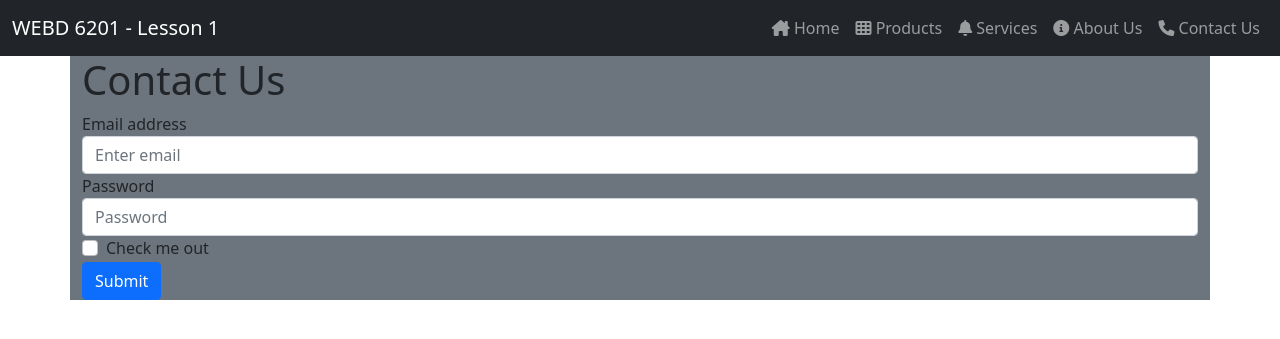
Repository: devanshudave1901/DevanshuDave_AngaranYogeswaranLab2
Page: contact.html
An editor plug-in stored every save of this project. The page is shown before and after the next save, followed by the edit.
The browser window is 1280 px wide. The pictures show the whole page.

Above is the page before, as saved 2022-02-10 12:02:39.

### contact.html
<!DOCTYPE html>
<html lang="en">
  <head>
    <meta charset="UTF-8" />
    <meta http-equiv="X-UA-Compatible" content="IE=edge" />
    <meta name="viewport" content="width=device-width, initial-scale=1.0" />
    <title>Contact Us</title>
    <link
      rel="stylesheet"
      href="./node_modules/bootstrap/dist/css/bootstrap.min.css"
    />
    <link
      rel="stylesheet"
      href="./node_modules/@fortawesome/fontawesome-free/css/all.min.css"
    />
    <link rel="stylesheet" href="./Content/app.css" />
  </head>
  <body>
    <nav class="navbar navbar-expand-lg navbar-dark bg-dark">
      <div class="container-fluid">
        <a class="navbar-brand" href="#">WEBD 6201 - Lesson 1</a>
        <button
          class="navbar-toggler"
          type="button"
          data-bs-toggle="collapse"
          data-bs-target="#navbarSupportedContent"
          aria-controls="navbarSupportedContent"
          aria-expanded="false"
          aria-label="Toggle navigation"
        >
          <span class="navbar-toggler-icon"></span>
        </button>
        <div class="collapse navbar-collapse" id="navbarSupportedContent">
          <ul class="navbar-nav ms-auto">
            <li class="nav-item active">
              <a class="nav-link" aria-current="page" href="./index.html"
                ><i class="fa-solid fa-house-chimney"></i> Home</a
              >
            </li>

            <li class="nav-item">
              <a class="nav-link" href="./products.html"
                ><i class="fa-solid fa-th"></i> Products</a
              >
            </li>
            <li class="nav-item">
              <a class="nav-link" href="./services.html"
                ><i class="fa-solid fa-bell"></i> Services</a
              >
            </li>
            <li class="nav-item">
              <a class="nav-link" href="./about.html">
                <i class="fa-solid fa-circle-info"></i> About Us</a
              >
            </li>
            <li class="nav-item">
              <a class="nav-link" href="./contact.html">
                <i class="fa-solid fa-phone"></i> Contact Us</a
              >
            </li>
          </ul>
        </div>
      </div>
    </nav>
    <div class="jumbotron bg-secondary container" id="contentArea">
      <h1>Contact Us</h1>
      <form>
        <div class="form-group">
          <label for="exampleInputEmail1">Email address</label>
          <input
            type="email"
            class="form-control"
            id="exampleInputEmail1"
            aria-describedby="emailHelp"
            placeholder="Enter email"
          />
        </div>
        <div class="form-group">
          <label for="exampleInputPassword1">Password</label>
          <input
            type="password"
            class="form-control"
            id="exampleInputPassword1"
            placeholder="Password"
          />
        </div>
        <div class="form-check">
          <input type="checkbox" class="form-check-input" id="exampleCheck1" />
          <label class="form-check-label" for="exampleCheck1"
            >Check me out</label
          >
        </div>
        <button type="submit" class="btn btn-primary">Submit</button>
      </form>
    </div>
    <!-- 3RD Party Library-->
    <script src="./node_modules/jquery/dist/jquery.min.js"></script>
    <script src="./node_modules/bootstrap/dist/js/bootstrap.min.js"></script>
  </body>
</html>

### Content/app.css
.Contactform {
  padding: 100px 90px 550px 400px;
}

.formInputBox {
  padding-left: 60px;
  margin: 8px 0;
  border: dashed;
  box-sizing: border-box;
}

Loaded but not shown: node_modules/bootstrap/dist/css/bootstrap.min.css (library); node_modules/@fortawesome/fontawesome-free/css/all.min.css (library); node_modules/jquery/dist/jquery.min.js (library); node_modules/bootstrap/dist/js/bootstrap.min.js (library)

After the next save:
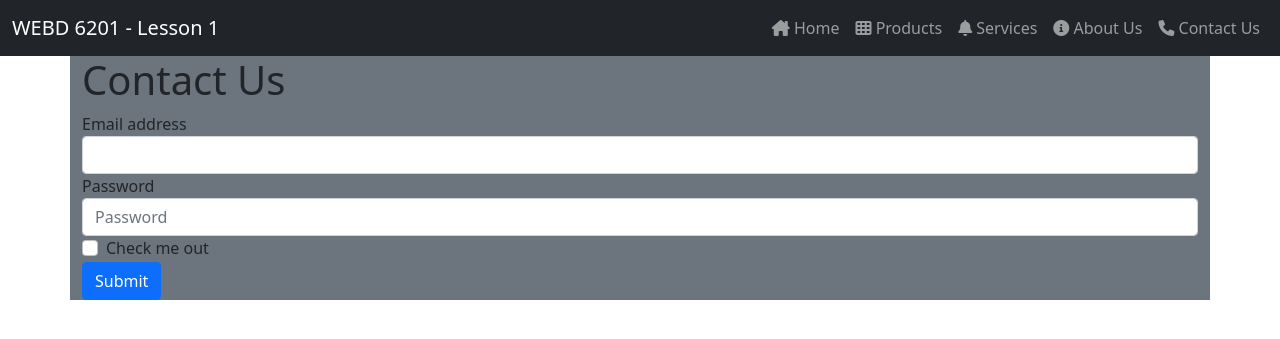
Saved 12 s later.
--- a/contact.html
+++ b/contact.html
@@ -67,13 +67,7 @@
       <form>
         <div class="form-group">
           <label for="exampleInputEmail1">Email address</label>
-          <input
-            type="email"
-            class="form-control"
-            id="exampleInputEmail1"
-            aria-describedby="emailHelp"
-            placeholder="Enter email"
-          />
+          <input type="email" class="form-control" id="exampleInputEmail1" />
         </div>
         <div class="form-group">
           <label for="exampleInputPassword1">Password</label>
